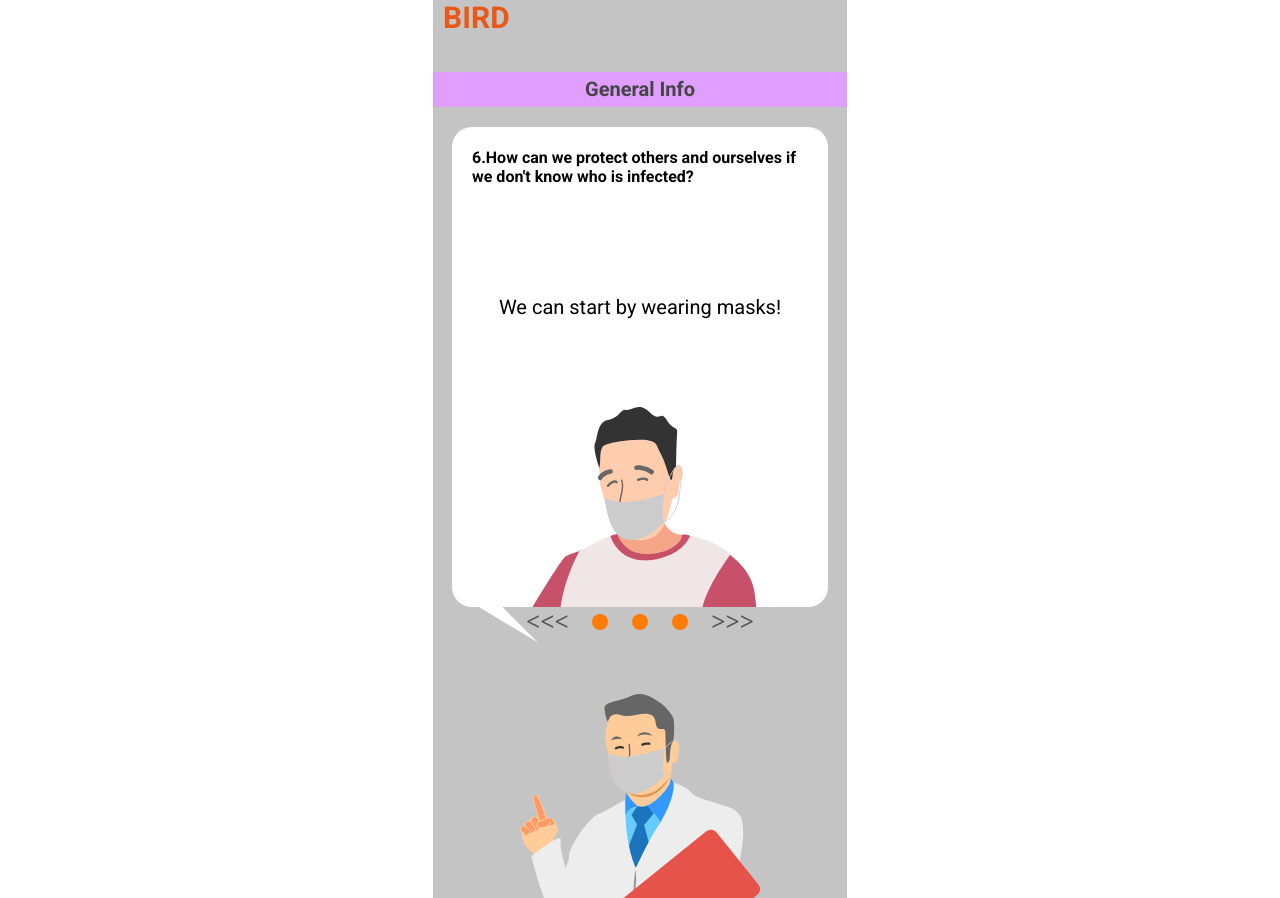
Repository: Levic559/BIRD
Page: General_info-6/2.html
An editor plug-in stored every save of this project. The page is shown before and after the next save, followed by the edit.
The browser window is 1280 px wide. The pictures show the whole page.

Above is the page before, as saved 2021-03-10 22:00:35.

After the next save:
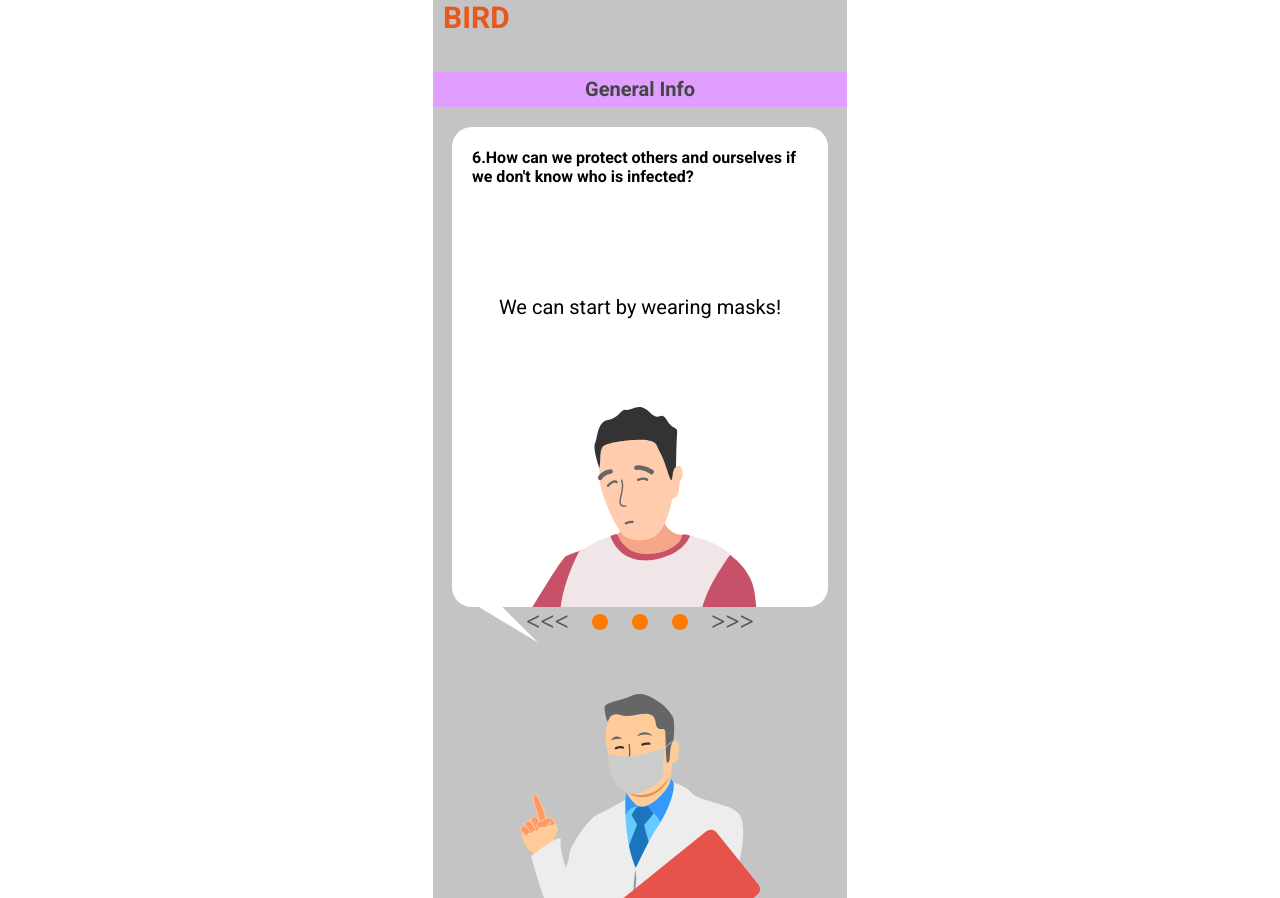
Saved 55 s later.
--- a/General_info-6/2.html
+++ b/General_info-6/2.html
@@ -22,7 +22,7 @@
           We can start by wearing masks!
         </p>
         <div class="infographicImg">
-          <img src="../assets/patient-mask1.svg">
+          <img src="../assets/patient.svg">
         </div>
       </div>
       <div class="triangle">
